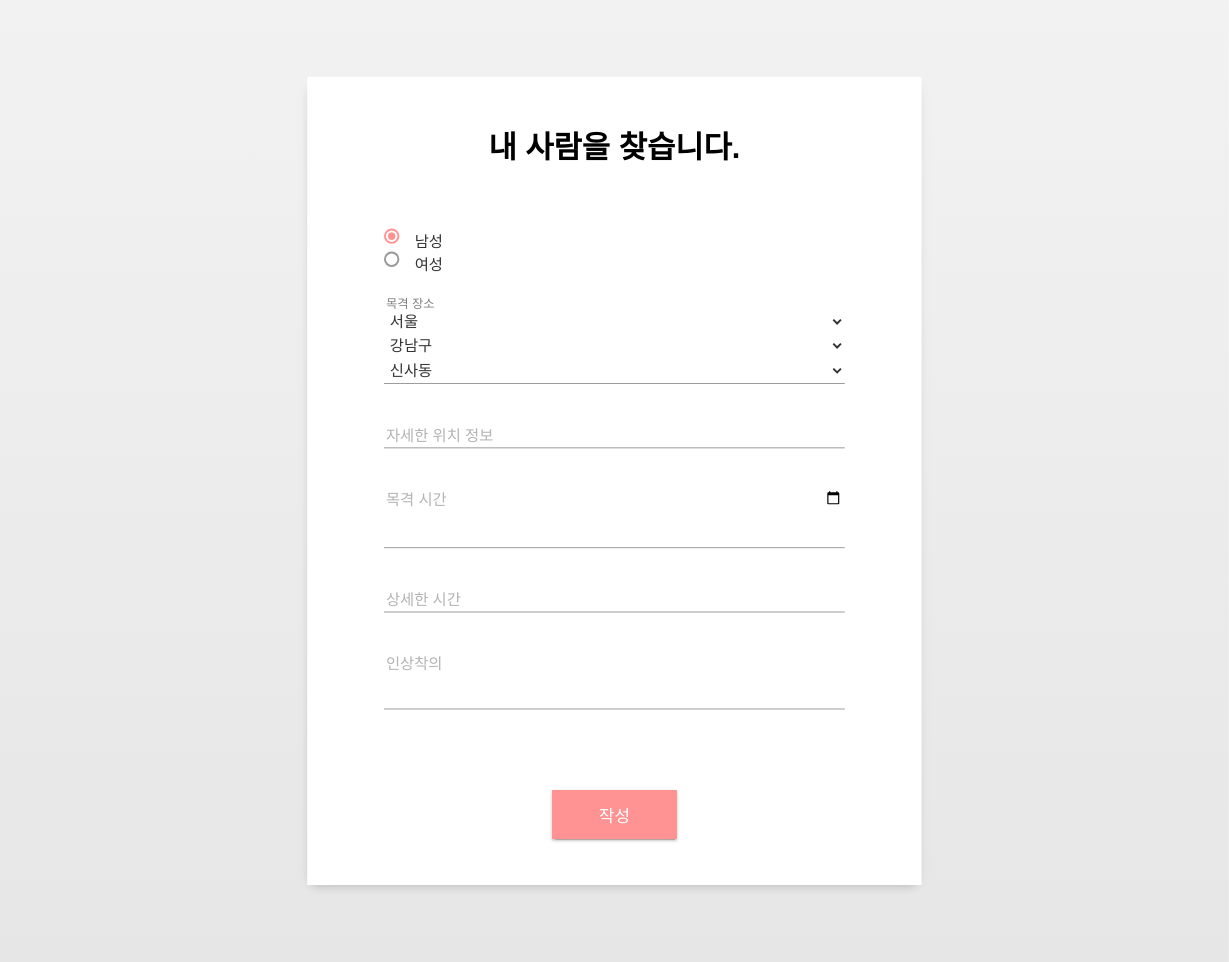
Repository: loone96/sendmylove
Page: sendMyLove1.0/src/main/webapp/board.html
The author's editor kept a copy of each file at every save. The page is drawn from the files as they stood at one save, then again after the next save.
The browser window is 1280 px wide. The pictures show the whole page, at 96% of full size.
Some web fonts or font styles are not loaded; a fallback is used.

Above is the page before, as saved 2020-06-23 01:45:53.

After the next save:
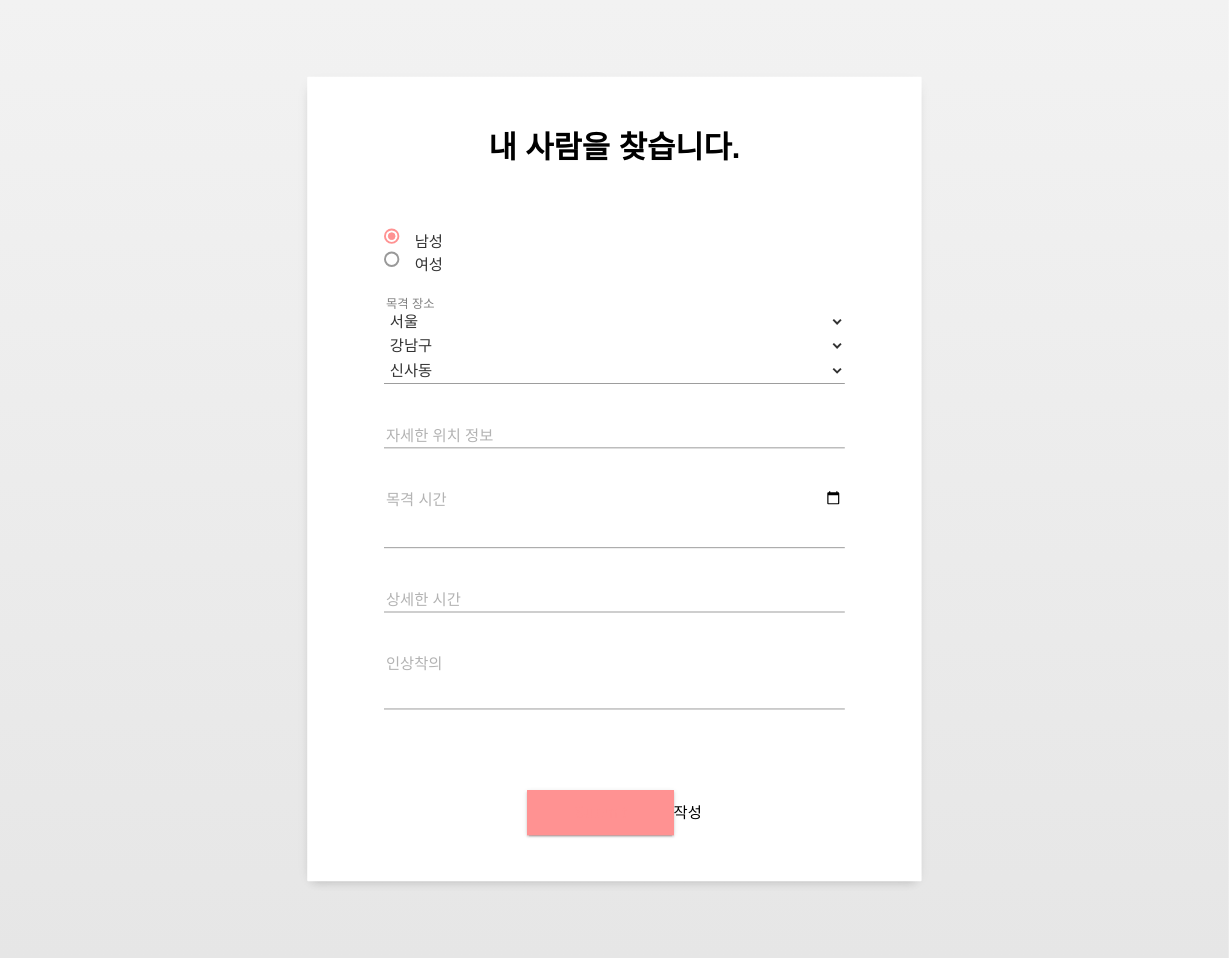
Saved 68 s later.
--- a/sendMyLove1.0/src/main/webapp/board.html
+++ b/sendMyLove1.0/src/main/webapp/board.html
@@ -63,7 +63,7 @@
                 <label for="textarea" class="control-label">인상착의</label><i class="bar"></i>
             </div>
             <div class="button-container">
-                <button type="button" class="button" onclick="location.href='insertBoard'"><span>작성</span></button>
+                <input type="submit" class="button" onclick="location.href='insertBoard'"><span>작성</span></button>
             </div>
         </form>
     </div>
